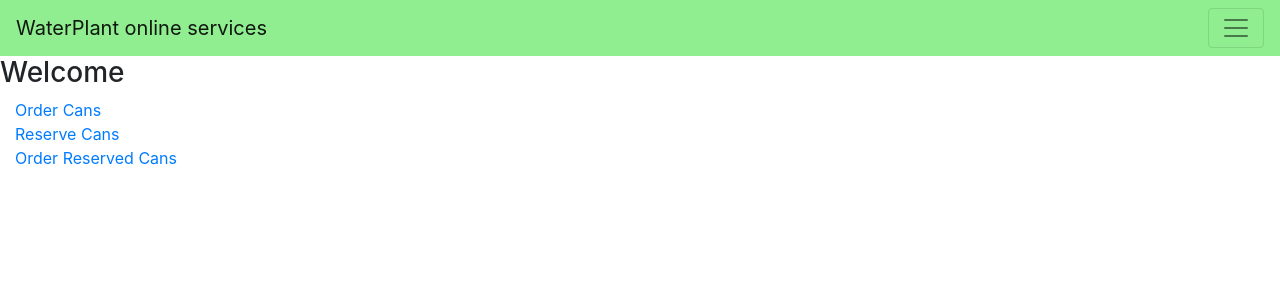
Repository: SHARMILAG97/WebApplication
Page: http://localhost/waterplant_web/useroperations.jsp
These files come from the project's save history. The page is drawn as it stood at one moment and after the next save; the edit follows.
The browser window is 1280 px wide. The pictures show the whole page.
The page is served by Tomcat 9. Other server files are loaded and not shown.

Above is the page before, as saved 2019-09-17 09:10:43.
Console error: TypeError: Cannot read properties of undefined (reading 'fn')

### waterplant_web/src/main/webapp/useroperations.jsp
<%@page import="com.revature.model.User"%>
<html>
<head>
<title>UserOperations</title>

<link rel="stylesheet" href="css/bootstrap.min.css">
<script src="js/bootstrap.min.js"></script>
<script src="js/jquery-3.4.1.min.js"></script>

</head>
<body>

<jsp:include page="headers.jsp"></jsp:include>
<%
User user = (User)session.getAttribute("LOGGED_IN_USER");
String name =  user != null ? user.getName() :"";
%>
<h3>Welcome <%=name%></h3>

<form >

<div class="container-fluid">
        <div class="row">
            <div class="col">
<a href="updatestock.jsp">Order Cans</a> <br/>
	<a href="viewuser.jsp">Reserve Cans</a> <br/>
	<a href="viewstock.jsp">Order Reserved Cans</a> <br/>
</div>
</div>
</div>


</form>


</body>
</html>

### waterplant_web/src/main/webapp/headers.jsp

<nav class="navbar navbar-light" style="background-color: lightgreen;">
 <a class="navbar-brand" href="index.jsp">WaterPlant online services</a>
 <button class="navbar-toggler" type="button" data-toggle="collapse" data-target="#navbarCollapse" aria-controls="navbarCollapse" aria-expanded="false" aria-label="Toggle navigation">
   <span class="navbar-toggler-icon"></span>
 </button>
 <div class="collapse navbar-collapse" id="navbarCollapse">
   <ul class="navbar-nav mr-auto">
     <li class="nav-item active">
       <a class="nav-link" href="index.jsp">Home</a>
     </li>

     <li class="nav-item">
       <a class="nav-link " href="userlogin.jsp">User Login</a>
     </li>
     <li class="nav-item">
       <a class="nav-link " href="adminlogin.jsp">Admin_Login</a>
     </li>
   </ul>
 <!--   <form class="form-inline mt-2 mt-md-0">
   <input class="form-control mr-sm-2" type="text" placeholder="Search" aria-label="Search">
     <button class="btn btn-outline-success my-2 my-sm-0" type="submit">Search</button>
   </form>-->
 </div>
</nav>

Loaded but not shown: waterplant_web/src/main/webapp/css/bootstrap.min.css (library); waterplant_web/src/main/webapp/js/bootstrap.min.js (library); waterplant_web/src/main/webapp/js/jquery-3.4.1.min.js (library)

After the next save:
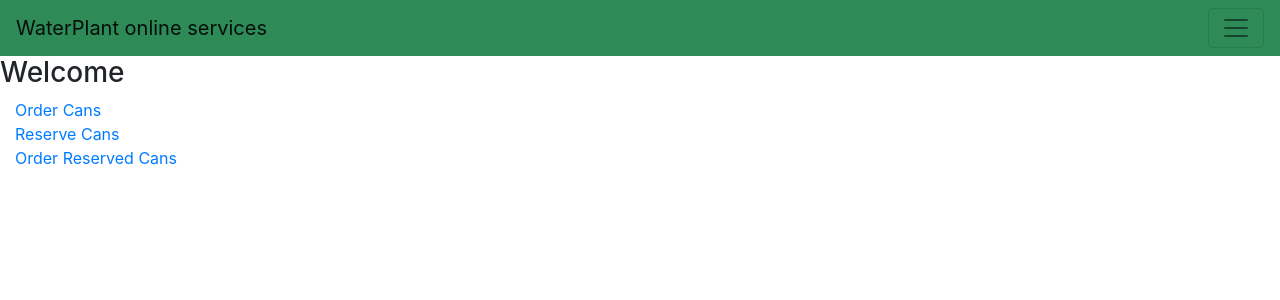
Saved 95 s later.
--- a/waterplant_web/src/main/webapp/headers.jsp
+++ b/waterplant_web/src/main/webapp/headers.jsp
@@ -1,5 +1,5 @@
 
-<nav class="navbar navbar-light" style="background-color: lightgreen;">
+<nav class="navbar navbar-light" style="background-color: #2E8B57;">
  <a class="navbar-brand" href="index.jsp">WaterPlant online services</a>
  <button class="navbar-toggler" type="button" data-toggle="collapse" data-target="#navbarCollapse" aria-controls="navbarCollapse" aria-expanded="false" aria-label="Toggle navigation">
    <span class="navbar-toggler-icon"></span>
